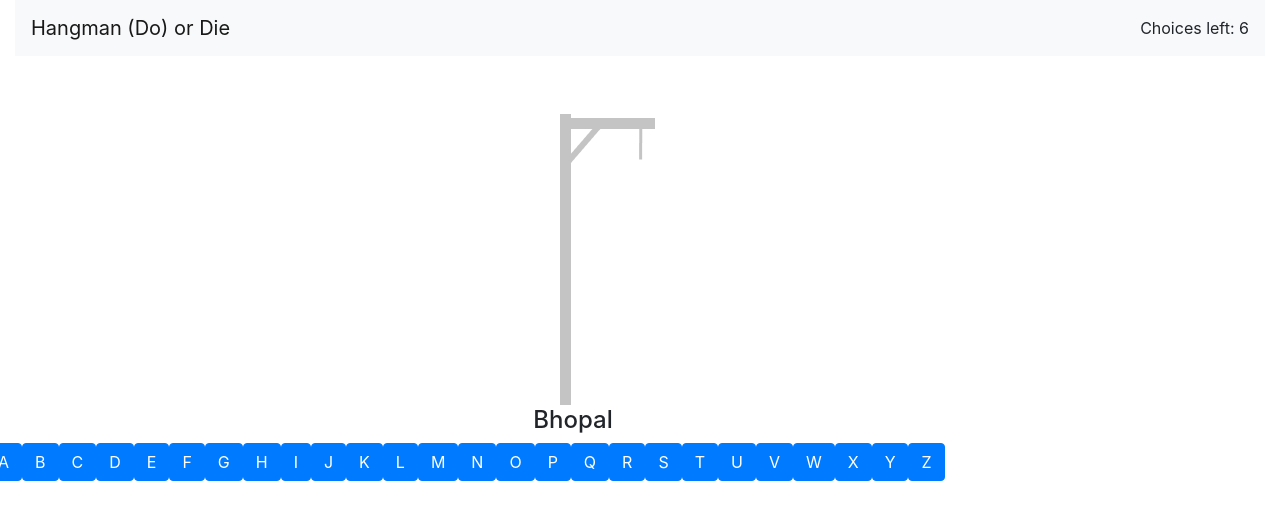
Repository: jatinhchanchlani/hangman
Page: /
These files come from the project's save history. The page is drawn as it stood at one moment and after the next save; the edit follows.
The browser window is 1280 px wide. The pictures show the whole page.
The project was rebuilt for these pictures with package versions that can differ from the ones it lists, and the page was loaded fresh each time. Also part of the build but not shown: src/App.css.

Above is the page before, as saved 2020-10-24 15:56:53.

### src/index.js
import React from 'react';
import ReactDOM from 'react-dom';
import './index.css';
import App from './App';
import * as serviceWorker from './serviceWorker';
import 'bootstrap/dist/css/bootstrap.css';

ReactDOM.render( <
  React.StrictMode >
  <
  App / >
  <
  /React.StrictMode>,
  document.getElementById('root')
);

// If you want your app to work offline and load faster, you can change
// unregister() to register() below. Note this comes with some pitfalls.
// Learn more about service workers: https://bit.ly/CRA-PWA
serviceWorker.unregister();

### src/App.js
import React from 'react';
import './App.css';
import Game from './components/game';

function App() {
  return ( <
    Game / >
  );
}

export default App;

### src/components/game.jsx
import React, { Component } from "react";
import Image from "./image";
import Header from "./header";
import Letters from "./letters";
import { getRandomCity } from "../model/cities";

const MAX_CHOICES = 6;

class Game extends Component {
  state = { maxChoices: MAX_CHOICES, choicesLeft: MAX_CHOICES };
  render() {
    return (
      <div className="container-fluid">
        <Header choicesLeft={this.state.choicesLeft} />
        <div className="row">
          <div className="col col-sm-5" />
          <div>
            <Image
              choicesLeft={this.state.choicesLeft}
              maxChoices={this.state.maxChoices}
            />
          </div>
        </div>
        <div className="row">
          <div className="col col-sm-5" />
          <h4>{getRandomCity()}</h4>
        </div>
        <div className="row">
          <div className="col col-sm-5" />
          <Letters />
        </div>
      </div>
    );
  }
}

export default Game;

### src/components/image.jsx
import React, { Component } from "react";

class Image extends Component {
  render() {
    const { choicesLeft, maxChoices } = this.props;
    const imagePath = maxChoices - choicesLeft + ".jpg";
    return (
      <img
        className="card-image image-fluid"
        src={require("../images/" + imagePath)}
        alt={imagePath}
      />
    );
  }
}

export default Image;

### src/components/header.jsx
import React, { Component } from "react";

class Header extends Component {
  render() {
    return (
      <nav class="navbar navbar-expand-md navbar-light bg-light">
        <div class="navbar-collapse collapse w-100 order-1 order-md-0 dual-collapse2">
          <div class="navbar-brand">Hangman (Do) or Die</div>
        </div>
        <div class="navbar-collapse collapse w-100 order-3 dual-collapse2">
          <ul class="navbar-nav ml-auto">
            <li class="nav-item">
              <span class="nav-item">
                Choices left: {this.props.choicesLeft}
              </span>
            </li>
          </ul>
        </div>
      </nav>
    );
  }
}

export default Header;

### src/components/letters.jsx
import React, { Component } from "react";

class Letters extends Component {
  render() {
    return (
      <div className="row">
        {Array(26)
          .fill()
          .map((_, index) => String.fromCharCode("A".charCodeAt(0) + index))
          .map((char) => (
            <button key={char} className="btn btn-primary">
              {char}
            </button>
          ))}
      </div>
    );
  }
}

export default Letters;

### src/model/cities.js
const MIN = 0;
const MAX = 24;

const cities = {
    0: "Mumbai",
    1: "New Delhi",
    2: "Chennai",
    3: "Hyderabad",
    4: "Bengaluru",
    5: "Ahmedabad",
    6: "Jaipur",
    7: "Kolkata",
    8: "Lucknow",
    9: "Bhopal",
    10: "Chandigarh",
    11: "Patna",
    12: "Jabalpur",
    13: "Pune",
    14: "Surat",
    15: "Indore",
    16: "Kanpur",
    17: "Visakhapatnam",
    18: "Agra",
    19: "Varanasi",
    20: "Amritsar",
    21: "Udaipur",
    22: "Noida",
    23: "Ludhiana",
    24: "Gwalior",
}

// Returns a random number between min and max. Min and max are both inclusive
export function getRandomIntInclusive(min, max) {
    min = Math.ceil(min);
    max = Math.floor(max);
    return Math.floor(Math.random() * (max - min + 1) + min);
}

export function getRandomCity() {
    return cities[getRandomIntInclusive(MIN, MAX)];
}

Loaded but not shown: public/index.html (common file); src/index.css (common file); src/serviceWorker.js (common file)

After the next save:
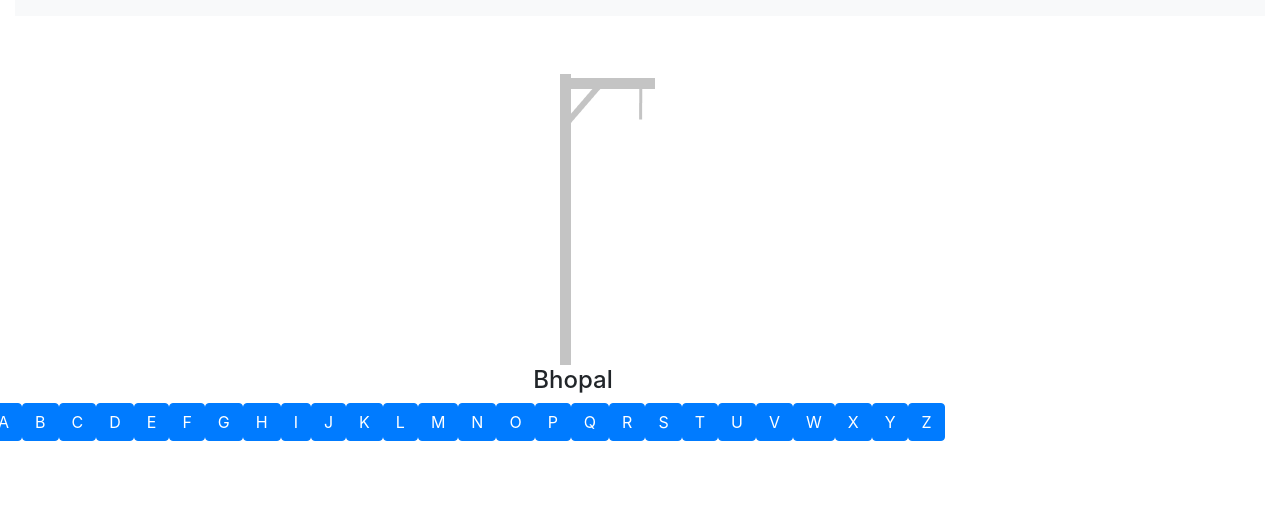
Saved 2 min 48 s later.
--- a/src/components/header.jsx
+++ b/src/components/header.jsx
@@ -3,7 +3,7 @@
 class Header extends Component {
   render() {
     return (
-      <nav class="navbar navbar-expand-md navbar-light bg-light">
+      <nav class="navbar navbar-expand-xs navbar-light bg-light">
         <div class="navbar-collapse collapse w-100 order-1 order-md-0 dual-collapse2">
           <div class="navbar-brand">Hangman (Do) or Die</div>
         </div>

After the save that followed:
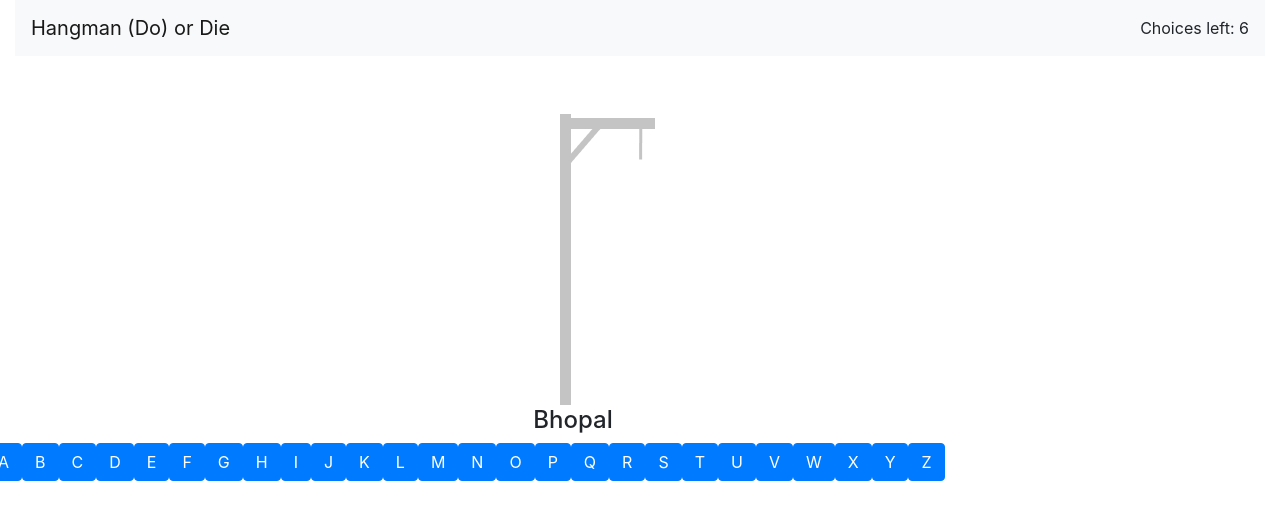
Saved 7 s later.
--- a/src/components/header.jsx
+++ b/src/components/header.jsx
@@ -3,7 +3,7 @@
 class Header extends Component {
   render() {
     return (
-      <nav class="navbar navbar-expand-xs navbar-light bg-light">
+      <nav class="navbar navbar-expand-md navbar-light bg-light">
         <div class="navbar-collapse collapse w-100 order-1 order-md-0 dual-collapse2">
           <div class="navbar-brand">Hangman (Do) or Die</div>
         </div>
